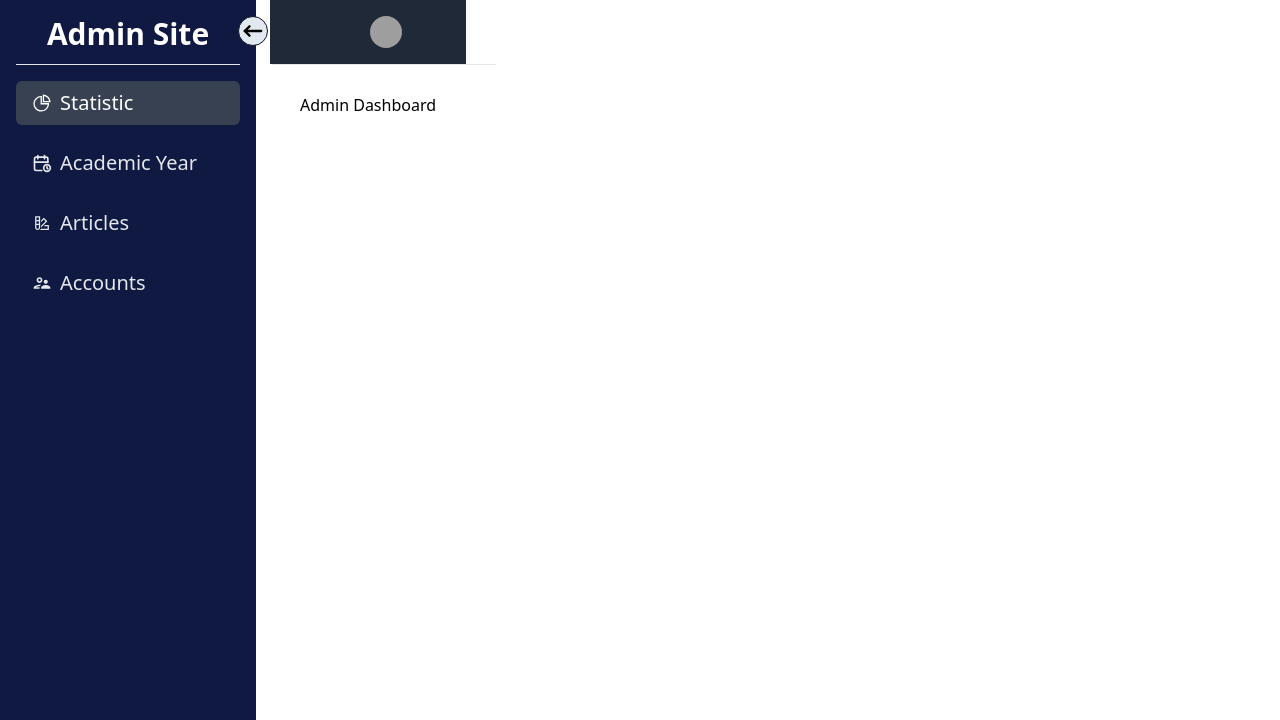
Repository: huynhvanngoan/COMP1640FE-Template
Page: /admin
These files come from the project's save history. The page is drawn as it stood at one moment and after the next save; the edit follows.
The browser window is 1280 px wide. The pictures show the whole page.
Pictures or frames that could not be fetched are drawn as grey boxes. The project was rebuilt for these pictures with package versions that can differ from the ones it lists, and the page was loaded fresh each time. Also part of the build but not shown: src/components/buttonStyles.js, src/pages/LoginPage.jsx, src/pages/student/StudentDashboard.jsx, src/pages/department/DepartmentDashboard.jsx, src/pages/marketing/MarketingDashboard.jsx, src/pages/guest/GuestDashboard.jsx.

Above is the page before, as saved 2024-03-24 07:41:20.

After the next save:
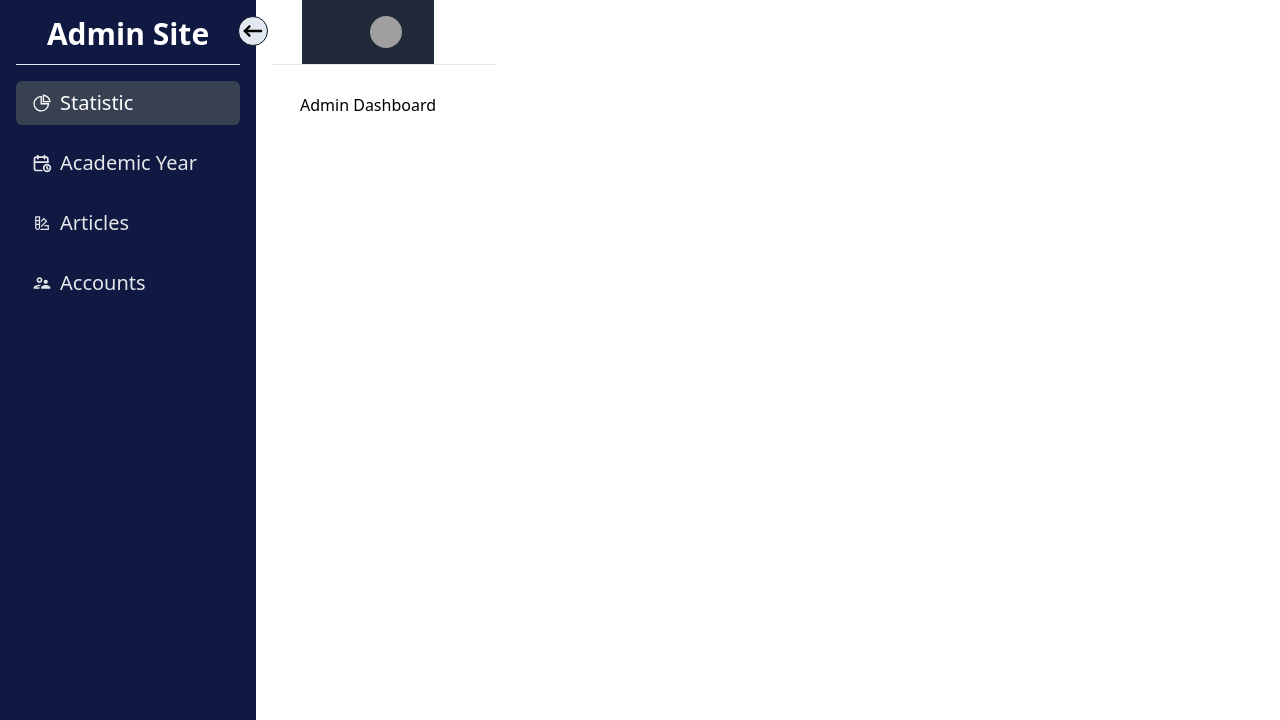
Saved 24 s later.
--- a/src/pages/admin/Header.js
+++ b/src/pages/admin/Header.js
@@ -7,7 +7,7 @@ function classNames(...classes) {
 
 export default function Header() {
   return (
-    <Disclosure as="nav" className="bg-gray-800 right-0 mx-auto max-w-screen-xl px-2 sm:px-6 lg:px-8">
+    <Disclosure as="nav" className="bg-gray-800 right-0 mx-auto max-w-screen-xl">
       {({ open }) => (
         <>
           <div className="mx-auto max-w-full px-2 sm:px-6 lg:px-8">
